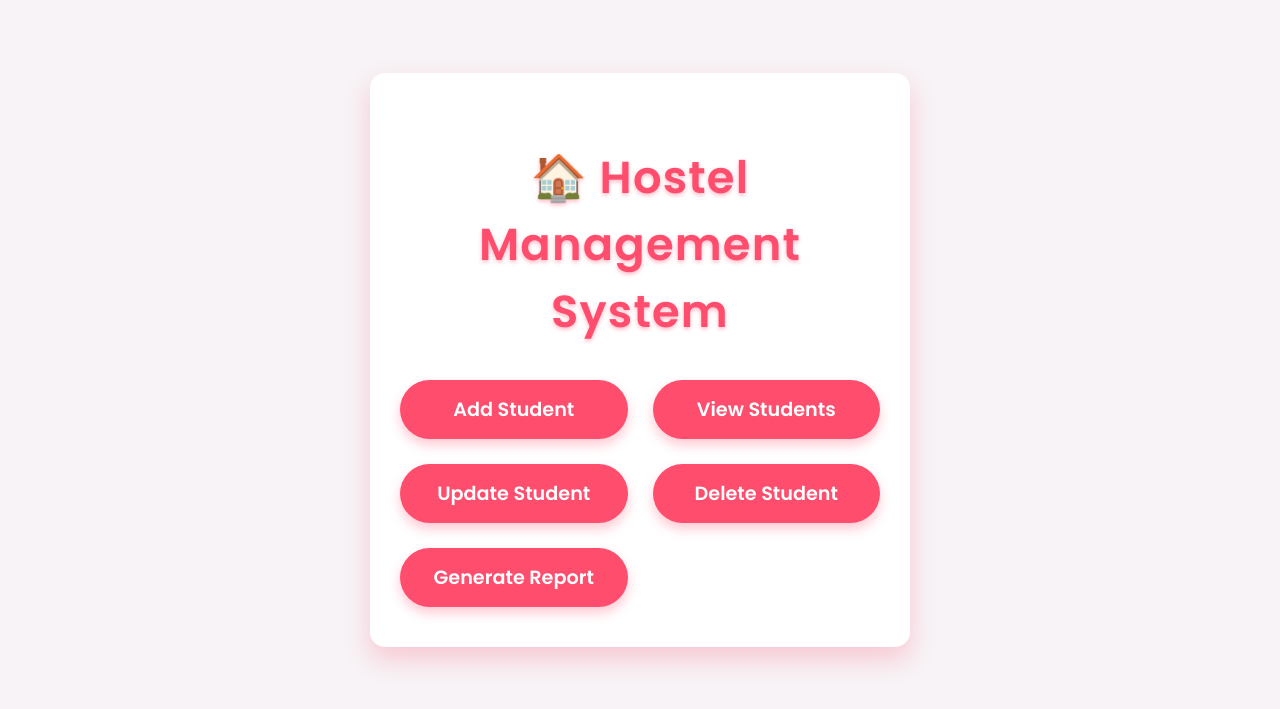
Repository: Keerthana2M/Hostel-Management-system
Page: http://localhost/Hostelweb/
An editor plug-in stored every save of this project. The page is shown before and after the next save, followed by the edit.
The browser window is 1280 px wide. The pictures show the whole page.
The page is served by Tomcat 9. Other server files are loaded and not shown.

Above is the page before, as saved 2025-05-29 16:45:21.

### Hostelweb/src/main/webapp/index.jsp
<%@ page language="java" contentType="text/html; charset=UTF-8" pageEncoding="UTF-8"%>
<!DOCTYPE html>
<html>
<head>
    <title>Hostel Management System</title>
    <style>
        @import url('https://fonts.googleapis.com/css2?family=Poppins:wght@400;600&display=swap');

        body {
            font-family: 'Poppins', sans-serif;
            background: #f7f3f6;
            margin: 0;
            padding: 0;
            display: flex;
            justify-content: center;
            align-items: center;
            min-height: 100vh;
        }

        .container {
            background: white;
            max-width: 480px;
            width: 100%;
            padding: 40px 30px;
            border-radius: 15px;
            box-shadow: 0 12px 24px rgba(255, 77, 109, 0.25);
            text-align: center;
        }

        h1 {
            color: #ff4d6d;
            margin-bottom: 35px;
            font-weight: 600;
            font-size: 2.8rem;
            letter-spacing: 1.2px;
            text-shadow: 0 2px 4px rgba(255, 77, 109, 0.4);
        }

        ul {
            list-style: none;
            padding: 0;
            margin: 0;
            display: grid;
            grid-template-columns: 1fr;
            gap: 20px;
        }

        li {
            margin: 0;
        }

        a {
            display: block;
            padding: 15px 0;
            background: #ff4d6d;
            color: white;
            font-weight: 600;
            font-size: 1.15rem;
            border-radius: 40px;
            text-decoration: none;
            box-shadow: 0 6px 12px rgba(255, 77, 109, 0.3);
            transition: all 0.3s ease;
        }

        a:hover, a:focus {
            background: #ff6b81;
            box-shadow: 0 10px 18px rgba(255, 107, 129, 0.5);
            transform: translateY(-3px);
            outline: none;
        }

        @media (min-width: 480px) {
            ul {
                grid-template-columns: 1fr 1fr;
                gap: 25px;
            }

            a {
                font-size: 1.2rem;
            }
        }
    </style>
</head>
<body>
    <div class="container">
        <h1>🏠 Hostel Management System</h1>
        <ul>
            <li><a href="studentadd.jsp">Add Student</a></li>
            <li><a href="DisplayStudentsServlet">View Students</a></li>
            <li><a href="studentupdate.jsp">Update Student</a></li>
            <li><a href="studentdelete.jsp">Delete Student</a></li>
            <li><a href="ReportCriteriaServlet">Generate Report</a></li>
        </ul>
    </div>
</body>
</html>

After the next save:
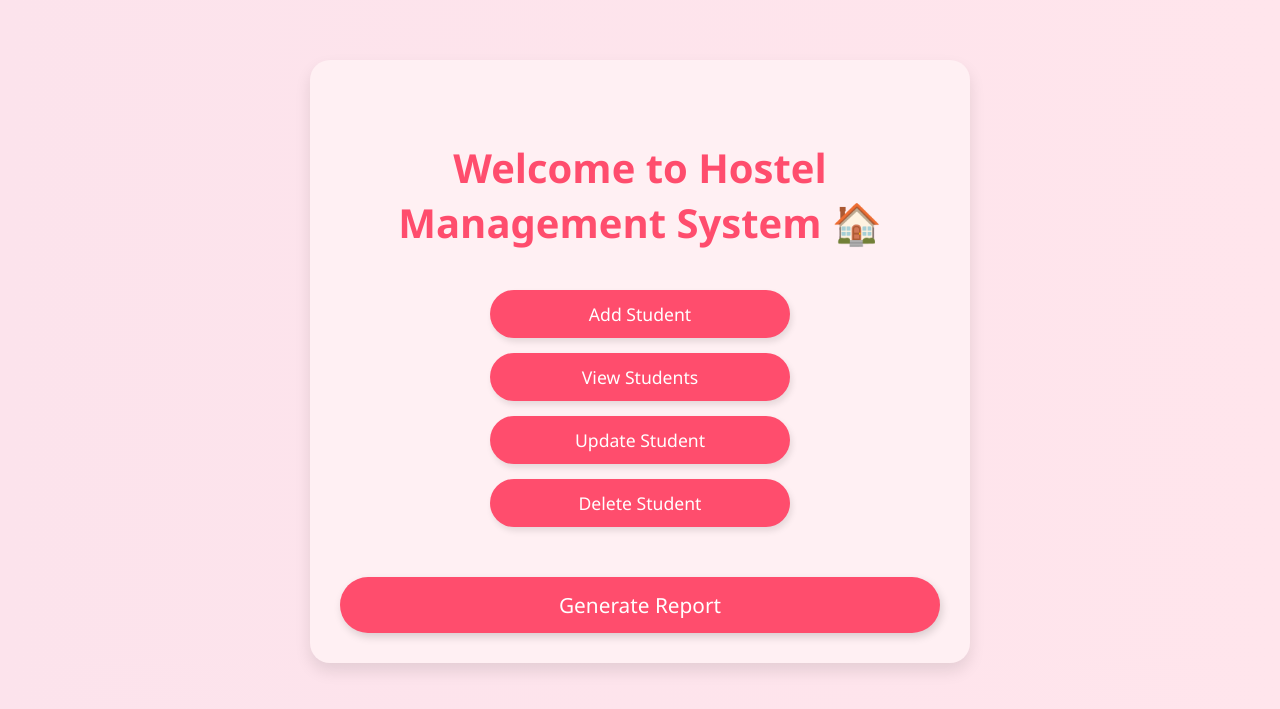
Saved 4 min 52 s later.
--- a/Hostelweb/src/main/webapp/index.jsp
+++ b/Hostelweb/src/main/webapp/index.jsp
@@ -4,93 +4,103 @@
 <head>
     <title>Hostel Management System</title>
     <style>
-        @import url('https://fonts.googleapis.com/css2?family=Poppins:wght@400;600&display=swap');
-
         body {
-            font-family: 'Poppins', sans-serif;
-            background: #f7f3f6;
+            font-family: 'Segoe UI', Tahoma, Geneva, Verdana, sans-serif;
+            background: linear-gradient(to right, #fce3ec, #ffe5ec);
             margin: 0;
             padding: 0;
-            display: flex;
-            justify-content: center;
-            align-items: center;
-            min-height: 100vh;
-        }
-
-        .container {
-            background: white;
-            max-width: 480px;
-            width: 100%;
-            padding: 40px 30px;
-            border-radius: 15px;
-            box-shadow: 0 12px 24px rgba(255, 77, 109, 0.25);
             text-align: center;
         }
 
         h1 {
+            margin-top: 50px;
+            font-size: 2.5em;
             color: #ff4d6d;
-            margin-bottom: 35px;
-            font-weight: 600;
-            font-size: 2.8rem;
-            letter-spacing: 1.2px;
-            text-shadow: 0 2px 4px rgba(255, 77, 109, 0.4);
+            text-shadow: 1px 1px 2px #fff0f3;
         }
 
         ul {
             list-style: none;
             padding: 0;
-            margin: 0;
-            display: grid;
-            grid-template-columns: 1fr;
-            gap: 20px;
+            margin-top: 40px;
+            max-width: 300px;
+            margin-left: auto;
+            margin-right: auto;
+            text-align: left;
         }
 
         li {
-            margin: 0;
+            margin: 15px 0;
         }
 
         a {
-            display: block;
-            padding: 15px 0;
-            background: #ff4d6d;
+            text-decoration: none;
+            background-color: #ff4d6d;
             color: white;
-            font-weight: 600;
-            font-size: 1.15rem;
-            border-radius: 40px;
-            text-decoration: none;
-            box-shadow: 0 6px 12px rgba(255, 77, 109, 0.3);
-            transition: all 0.3s ease;
+            padding: 12px 25px;
+            border-radius: 30px;
+            font-size: 1.1em;
+            transition: background-color 0.3s ease, transform 0.2s ease;
+            box-shadow: 2px 4px 6px rgba(0, 0, 0, 0.1);
+            display: inline-block;
+            width: 100%;
+            box-sizing: border-box;
+            text-align: center;
         }
 
-        a:hover, a:focus {
-            background: #ff6b81;
-            box-shadow: 0 10px 18px rgba(255, 107, 129, 0.5);
-            transform: translateY(-3px);
-            outline: none;
+        a:hover {
+            background-color: #ff6b81;
+            transform: scale(1.05);
         }
 
-        @media (min-width: 480px) {
-            ul {
-                grid-template-columns: 1fr 1fr;
-                gap: 25px;
-            }
+        /* Centered container for Generate Report button */
+        .generate-report-container {
+            margin-top: 50px;
+            text-align: center;
+        }
 
-            a {
-                font-size: 1.2rem;
-            }
+        .generate-report-button {
+            display: inline-block;
+            padding: 14px 40px;
+            background-color: #ff4d6d;
+            color: white;
+            border-radius: 30px;
+            font-size: 1.3em;
+            box-shadow: 2px 4px 8px rgba(0,0,0,0.15);
+            text-decoration: none;
+            transition: background-color 0.3s ease, transform 0.2s ease;
+        }
+
+        .generate-report-button:hover {
+            background-color: #ff6b81;
+            transform: scale(1.1);
+        }
+
+        .container {
+            max-width: 600px;
+            margin: 0 auto;
+            background: #fff0f3;
+            padding: 30px;
+            border-radius: 20px;
+            box-shadow: 0 8px 16px rgba(0,0,0,0.1);
+            margin-top: 60px;
         }
     </style>
 </head>
 <body>
     <div class="container">
-        <h1>🏠 Hostel Management System</h1>
+        <h1>Welcome to Hostel Management System 🏠</h1>
+
         <ul>
             <li><a href="studentadd.jsp">Add Student</a></li>
             <li><a href="DisplayStudentsServlet">View Students</a></li>
             <li><a href="studentupdate.jsp">Update Student</a></li>
             <li><a href="studentdelete.jsp">Delete Student</a></li>
-            <li><a href="ReportCriteriaServlet">Generate Report</a></li>
         </ul>
+
+        <div class="generate-report-container">
+            <a href="ReportCriteriaServlet" class="generate-report-button">Generate Report</a>
+        </div>
     </div>
 </body>
 </html>

After the save that followed:
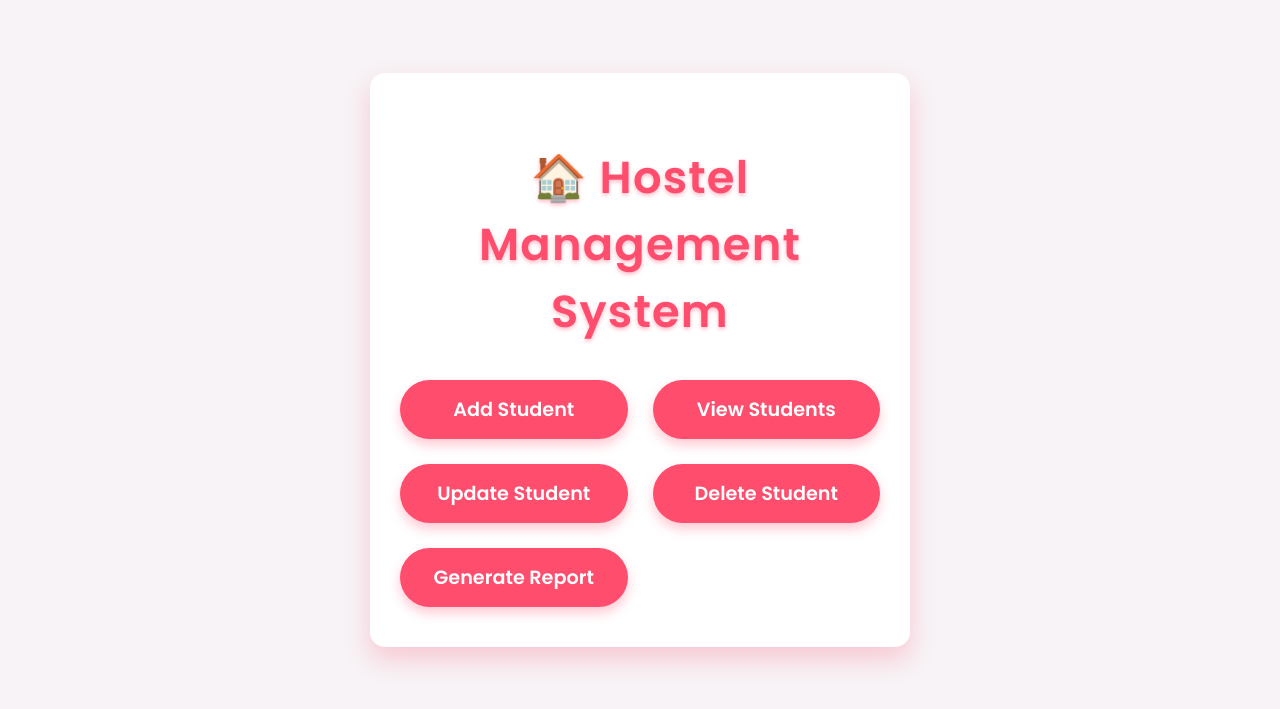
Saved 13 s later.
--- a/Hostelweb/src/main/webapp/index.jsp
+++ b/Hostelweb/src/main/webapp/index.jsp
@@ -4,103 +4,93 @@
 <head>
     <title>Hostel Management System</title>
     <style>
+        @import url('https://fonts.googleapis.com/css2?family=Poppins:wght@400;600&display=swap');
+
         body {
-            font-family: 'Segoe UI', Tahoma, Geneva, Verdana, sans-serif;
-            background: linear-gradient(to right, #fce3ec, #ffe5ec);
+            font-family: 'Poppins', sans-serif;
+            background: #f7f3f6;
             margin: 0;
             padding: 0;
+            display: flex;
+            justify-content: center;
+            align-items: center;
+            min-height: 100vh;
+        }
+
+        .container {
+            background: white;
+            max-width: 480px;
+            width: 100%;
+            padding: 40px 30px;
+            border-radius: 15px;
+            box-shadow: 0 12px 24px rgba(255, 77, 109, 0.25);
             text-align: center;
         }
 
         h1 {
-            margin-top: 50px;
-            font-size: 2.5em;
             color: #ff4d6d;
-            text-shadow: 1px 1px 2px #fff0f3;
+            margin-bottom: 35px;
+            font-weight: 600;
+            font-size: 2.8rem;
+            letter-spacing: 1.2px;
+            text-shadow: 0 2px 4px rgba(255, 77, 109, 0.4);
         }
 
         ul {
             list-style: none;
             padding: 0;
-            margin-top: 40px;
-            max-width: 300px;
-            margin-left: auto;
-            margin-right: auto;
-            text-align: left;
+            margin: 0;
+            display: grid;
+            grid-template-columns: 1fr;
+            gap: 20px;
         }
 
         li {
-            margin: 15px 0;
+            margin: 0;
         }
 
         a {
+            display: block;
+            padding: 15px 0;
+            background: #ff4d6d;
+            color: white;
+            font-weight: 600;
+            font-size: 1.15rem;
+            border-radius: 40px;
             text-decoration: none;
-            background-color: #ff4d6d;
-            color: white;
-            padding: 12px 25px;
-            border-radius: 30px;
-            font-size: 1.1em;
-            transition: background-color 0.3s ease, transform 0.2s ease;
-            box-shadow: 2px 4px 6px rgba(0, 0, 0, 0.1);
-            display: inline-block;
-            width: 100%;
-            box-sizing: border-box;
-            text-align: center;
+            box-shadow: 0 6px 12px rgba(255, 77, 109, 0.3);
+            transition: all 0.3s ease;
         }
 
-        a:hover {
-            background-color: #ff6b81;
-            transform: scale(1.05);
+        a:hover, a:focus {
+            background: #ff6b81;
+            box-shadow: 0 10px 18px rgba(255, 107, 129, 0.5);
+            transform: translateY(-3px);
+            outline: none;
         }
 
-        /* Centered container for Generate Report button */
-        .generate-report-container {
-            margin-top: 50px;
-            text-align: center;
-        }
+        @media (min-width: 480px) {
+            ul {
+                grid-template-columns: 1fr 1fr;
+                gap: 25px;
+            }
 
-        .generate-report-button {
-            display: inline-block;
-            padding: 14px 40px;
-            background-color: #ff4d6d;
-            color: white;
-            border-radius: 30px;
-            font-size: 1.3em;
-            box-shadow: 2px 4px 8px rgba(0,0,0,0.15);
-            text-decoration: none;
-            transition: background-color 0.3s ease, transform 0.2s ease;
-        }
-
-        .generate-report-button:hover {
-            background-color: #ff6b81;
-            transform: scale(1.1);
-        }
-
-        .container {
-            max-width: 600px;
-            margin: 0 auto;
-            background: #fff0f3;
-            padding: 30px;
-            border-radius: 20px;
-            box-shadow: 0 8px 16px rgba(0,0,0,0.1);
-            margin-top: 60px;
+            a {
+                font-size: 1.2rem;
+            }
         }
     </style>
 </head>
 <body>
     <div class="container">
-        <h1>Welcome to Hostel Management System 🏠</h1>
-
+        <h1>🏠 Hostel Management System</h1>
         <ul>
             <li><a href="studentadd.jsp">Add Student</a></li>
             <li><a href="DisplayStudentsServlet">View Students</a></li>
             <li><a href="studentupdate.jsp">Update Student</a></li>
             <li><a href="studentdelete.jsp">Delete Student</a></li>
+            <li><a href="ReportCriteriaServlet">Generate Report</a></li>
         </ul>
-
-        <div class="generate-report-container">
-            <a href="ReportCriteriaServlet" class="generate-report-button">Generate Report</a>
-        </div>
     </div>
 </body>
 </html>
